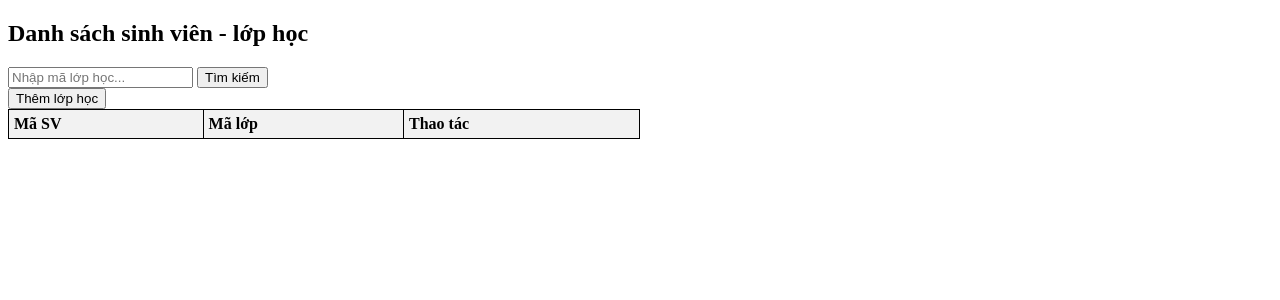
Repository: thuynvm1610/JavaWeb_Nhom06_SICT-portal_Backup
Page: http://localhost/SICT-portal/view/admin/student_classroomList.jsp
An editor plug-in stored every save of this project. The page is shown before and after the next save, followed by the edit.
The browser window is 1280 px wide. The pictures show the whole page.
The page is served by Tomcat 9. Other server files are loaded and not shown. The template is opened directly, without the code that normally fills it, so the values that code supplies are empty.

Above is the page before, as saved 2025-05-06 04:01:38.

### SICT-portal/src/main/webapp/view/admin/student_classroomList.jsp
<%@ page language="java" contentType="text/html; charset=UTF-8"
	pageEncoding="UTF-8"%>
<%@ taglib uri="http://java.sun.com/jsp/jstl/core" prefix="c"%>
<!DOCTYPE html>
<html lang="en">
	<head>
		<title>Danh sách sinh viên - lớp học</title>
		<style>
			table {
				border-collapse: collapse;
				width: 50%;
			}

			th, td {
				border: 1px solid black;
				padding: 5px;
				text-align: left;
			}

			th {
				background-color: #f2f2f2;
			}
		</style>
	</head>
	<body>
		<h2>Danh sách sinh viên - lớp học</h2>
		<!-- Hiển thị thông báo nếu có -->
		<c:if test="${not empty message}">
			<div style="color: red;">${message}</div>
		</c:if>
		<!-- Form tìm kiếm -->
		<form method="get" action="admin">
			<input type="hidden" name="action" value="searchClassroom" />
			<input type="text" name="classroomID" placeholder="Nhập mã lớp học..." />
			<button type="submit">Tìm kiếm</button>
		</form>
		<!-- Nút thêm mới -->
		<form method="get" action="admin">
			<input type="hidden" name="action" value="addClassroomForm" />
			<button type="submit">Thêm lớp học</button>
		</form>
		<!-- Bảng hiển thị danh sách sinh viên - lớp học -->
		<table>
			<thead>
				<tr>
					<th>Mã SV</th>
					<th>Mã lớp</th>
					<th>Thao tác</th>
				</tr>
			</thead>
			<tbody>
				<c:forEach var="sc" items="${student_classroomList}">
					<tr>
						<td>${sc.studentID}</td>
						<td>${sc.classroomID}</td>
						<td>
							<div style="display: flex; gap: 5px;">
								<form method="get" action="admin">
									<input type="hidden" name="action" value="updateStudent_classroomForm"/>
									<input type="hidden" name="classroomID" value="${sc.classroomID}"/>
									<button type="submit">Sửa</button>
								</form>
								<form method="post" action="admin">
									<input type="hidden" name="action" value="deleteStudent_classroom"/>
									<input type="hidden" name="classroomID" value="${sc.classroomID}"/>
									<button type="submit" onclick="return confirm('Bạn có chắc muốn xóa sinh viên này?');">Xóa</button>
								</form>
							</div>
                        </td>
					</tr>
				</c:forEach>
			</tbody>
		</table>
	</body>
</html>

After the next save:
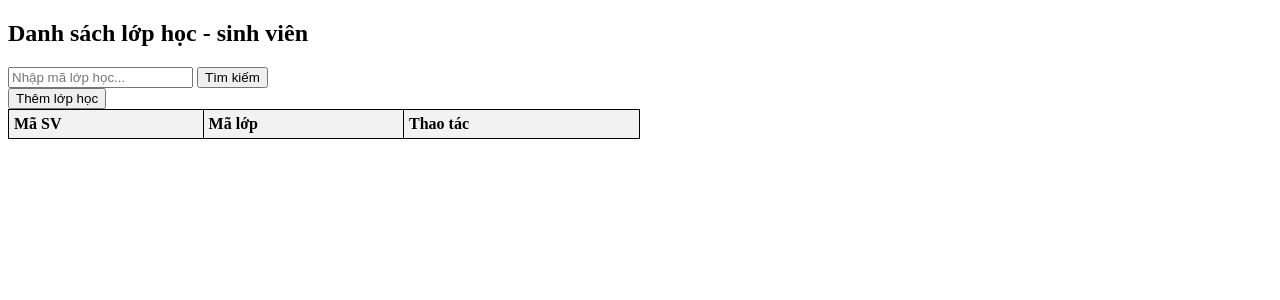
Saved 3 min 56 s later.
--- a/SICT-portal/src/main/webapp/view/admin/student_classroomList.jsp
+++ b/SICT-portal/src/main/webapp/view/admin/student_classroomList.jsp
@@ -4,7 +4,7 @@
 <!DOCTYPE html>
 <html lang="en">
 	<head>
-		<title>Danh sách sinh viên - lớp học</title>
+		<title>Danh sách lớp học - sinh viên</title>
 		<style>
 			table {
 				border-collapse: collapse;
@@ -23,7 +23,7 @@
 		</style>
 	</head>
 	<body>
-		<h2>Danh sách sinh viên - lớp học</h2>
+		<h2>Danh sách lớp học - sinh viên</h2>
 		<!-- Hiển thị thông báo nếu có -->
 		<c:if test="${not empty message}">
 			<div style="color: red;">${message}</div>
@@ -39,7 +39,7 @@
 			<input type="hidden" name="action" value="addClassroomForm" />
 			<button type="submit">Thêm lớp học</button>
 		</form>
-		<!-- Bảng hiển thị danh sách sinh viên - lớp học -->
+		<!-- Bảng hiển thị danh sách lớp học - sinh viên -->
 		<table>
 			<thead>
 				<tr>
